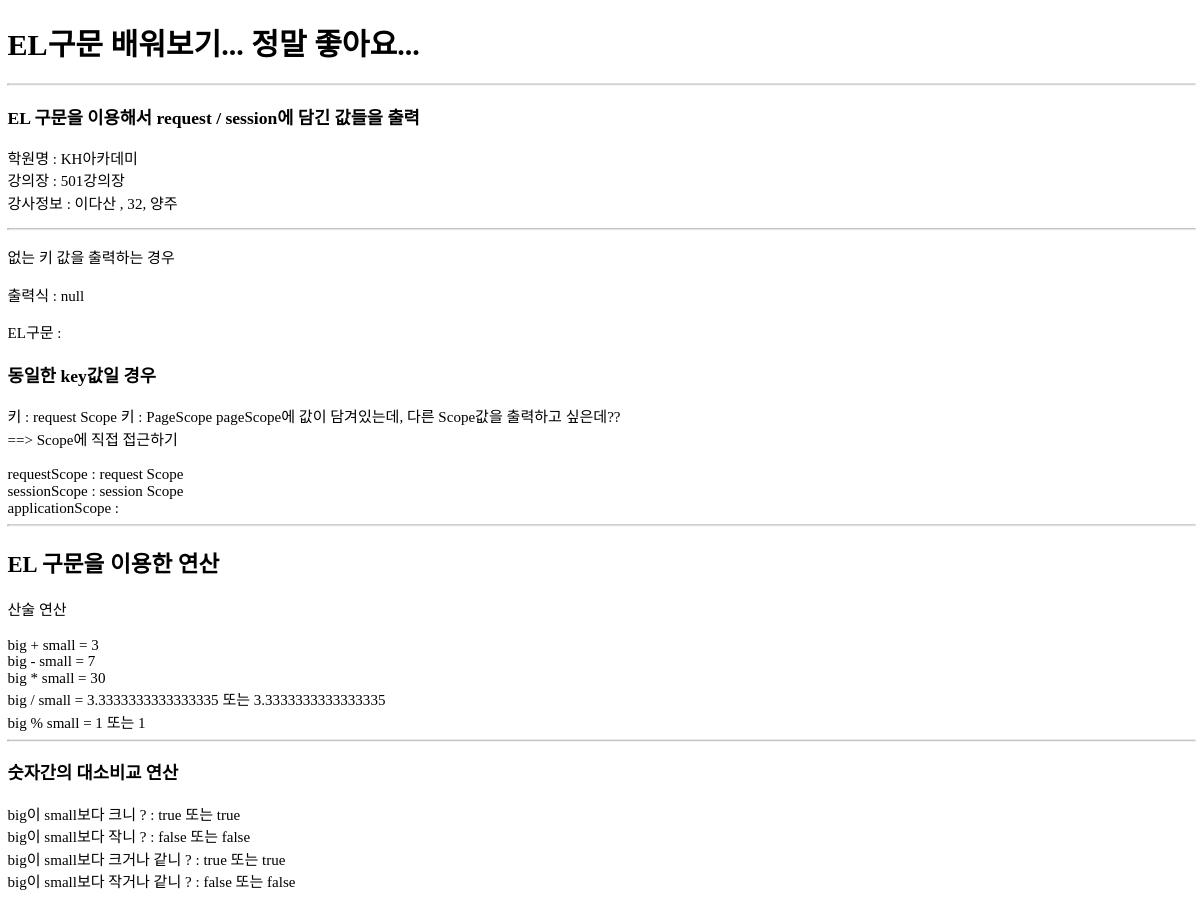
Repository: ham-zi/front-practice
Page: http://localhost/ActionProject/el.do
These files come from the project's save history. The page is drawn as it stood at one moment and after the next save; the edit follows.
The browser window is 1280 px wide. The pictures show the whole page, at 94% of full size.
The page is served by Tomcat 9. Other server files are loaded and not shown.

Above is the page before, as saved 2026-05-06 06:32:14.

### dynamic-workspace/ActionProject/src/main/webapp/WEB-INF/views/01_el.jsp
<%@ page language="java" contentType="text/html; charset=UTF-8"
    pageEncoding="UTF-8"%>
<%@ page import="com.kh.el.model.dto.Person" %>


<!DOCTYPE html>
<html>
<head>
<meta charset="UTF-8">
<title>초강력 JSP</title>
</head>
<body>
<!-- 외부에서 접근할 수 없게 WEB-INF에 넣는다. -->
	<h1> EL구문 배워보기... 정말 좋아요...</h1>

	<%--
	<%
		String classRoom = (String)request.getAttribute("classRoom");
		Person student = (Person)request.getAttribute("student");

		String academy = (String)session.getAttribute("academy");
		Person lecture = (Person)session.getAttribute("lecture");


	%>
		JSP 주석이 따로 있다.

		<!--는 단순히 문자열일뿐 주석이 아니다.


	<p>
		학원명 : <%= academy %> <br>
		강의장 : <%= academy %> <br>
		강사정보 : <%= lecture.getName() %>, <%= lecture.getAge() %>, <%= lecture.getAddress() %> <br><br>

		수강생의 정보
		<!--통신은 흐름을 생각해야함,
			클라이언트의 요청을 하면서 흐름이 시작됨


		 -->
		<ul>
			<li> 이름 : <%=student.getName() %></li>
			<li> 나이 : <%=student.getAge() %></li>
			<li> 주소 : <%=student.getAddress() %></li>
		</ul>
	</p>

	자바와 자바스크립트는 연관이 전혀없다.


	 --%>

	 <hr>

	 <h3> EL 구문을 이용해서 request / session에 담긴 값들을 출력</h3>

	 <p>
	 	학원명 : ${ academy } <br>
	 	강의장 : ${ classRoom } <br>
	 	강사정보 : ${ lecture.name } , ${lecture.age}, ${ lecture.address } <br>
	 		<!-- getName()을 호출하는거구나. -->

	 	<!--
	 		실제로 필드에 직접 접근하는 것은 불가능하다.
	 		.name => getName()를 호출

	 		내부적으로 getter 메소드를 찾아서 호출해서 값을 출력하는 구조

	 	 -->

	 </p>


	<hr>

	 <p>없는 키 값을 출력하는 경우</p>

	<p> 출력식 : <%= request.getAttribute("classRom") %></p>
	<p> EL구문 : ${classRom } <!-- 오타가 빈문자열로 나옴, 꼼꼼하게 확인할것  -->


	<h3>동일한 key값일 경우</h3>

	키 : ${ key }

	<%
		//page Scope 에 추가
		pageContext.setAttribute("key", "PageScope");
	%>
	키 : ${ key }

	<!--
		EL구문은 가장 작은 범위의 scope부터 키값을 찾음
		page => request => session => applicaiton순으로 키 값을 검색

		모든 영역을 다 찾았는데 키 값을 찾지 못했으면 => "", 아무일도 일어나지 않음 => 오류가 안남


		요새 컴퓨팅자원이 좋아서 requestScope.key <- 명시를안하긴하는데 key
		스코프를 적어주는게 더 좋다.
	 -->
	 pageScope에 값이 담겨있는데, 다른 Scope값을 출력하고 싶은데??<br>

	 ==> Scope에 직접 접근하기 <br><br>

	 requestScope :  ${ requestScope.key }	<br>
	 sessionScope :	 ${ sessionScope.key }	<br>
	 applicationScope : ${ applicationScope.key } <br>

	 <hr>

	 <h2> EL 구문을 이용한 연산</h2>

	 <p></p>

	 	산술 연산 <br><br>

	 	big + small = ${ bit + small }<br>
	 	big - small = ${ big - small }<br>
	 	big * small = ${ big * small }<br>
	 	big / small = ${ big / small } 또는 ${ big div small }<br>
	 	big % small = ${ big % small } 또는 ${ big mod small }<br>
	 	<!-- 결과는 동일하지만 div/mod를 쓰는것을 권장한다... -->

	 <hr>

	 <h3> 숫자간의 대소비교 연산 </h3>

	 <p>
	 	big이 small보다 크니 ? : ${ big > small } 또는 ${ big gt small }<br>
	 	big이 small보다 작니 ? : ${ big < small } 또는 ${ big lt small }<br>
	 	big이 small보다 크거나 같니 ? : ${ big >= small } 또는 ${big ge small }<br>
	 	big이 small보다 작거나 같니 ? : ${ big <= small } 또는 ${big le small }<br>
	 	<!-- gt/lt/ge/le를 쓰는것을 권장한다... -->
	 </p>





</body>
</html>

### dynamic-workspace/ActionProject/src/main/java/com/kh/el/controller/ElServlet.java
package com.kh.el.controller;

import java.io.IOException;
import java.util.ArrayList;

import javax.servlet.ServletException;
import javax.servlet.annotation.WebServlet;
import javax.servlet.http.HttpServlet;
import javax.servlet.http.HttpServletRequest;
import javax.servlet.http.HttpServletResponse;
import javax.servlet.http.HttpSession;

import com.kh.el.model.dto.Person;


@WebServlet("/el.do")
public class ElServlet extends HttpServlet {
	private static final long serialVersionUID = 1L;


    public ElServlet() {
        super();
    }


	protected void doGet(HttpServletRequest request, HttpServletResponse response) throws ServletException, IOException {
		// 만약 서블릿에서 응답할 데이터가 존재한다면
		// JSP로 포워딩할 때 request.setAttribute("name값","Value값") -> foword
		// request -> Servlet내장 객체 / Scope객체라고 표현한다

		// application / ★session★ / ★request★ / page

		/* 큰 순서
		 * 1. application scope : ServletContext
		 * : 한 애플리케이션 당 '한 개' 존재하는 객체, 이 프로젝트 안에서 어디서든 사용할 수 있다
		 * 이 영역에 데이터를 담으면 애플리케이션 전역에서 사용 가능 ( 공유 범위가 매우 넓음 )
		 *
		 * 2. session scope : HttpSession
		 * : 하나의 브라우저 당 '한 개' 존재하는 객체,
		 * 이 영역에 데이터를 담으면 JSP / Servlet단에서 사용 가능
		 * 값이 한 번 담기면 서버를 멈추거나, 세션을 비우거나, 브라우저가 닫히기 전까지는 계속 사용 가능하다
		 *
		 * 3. request scope : HttpServletRequest
		 * 요청 및 응답 시 매 번 생성되는 객체
		 * 이 영역에 데이터를 담으면 해당 request를 포워딩 받는 응답 JSP에서만 사용이 가능(1회성)
		 *
		 *
		 * 4. page scope : PageContext
		 * JSP페이지에서만 사용가능
		 *
		 *=> 위 객체들에 속성을 추가할 때는 .setAttribute("name값", 벨류);
		 *						     .setAttribute("name값");
		 *							 .removeAttribute("name값");
		 *로그인 같은 경우 request가 아닌 session에 저장되어야 한다.
		 *
		 *로그인은 다양한 방법의 로그인이 있다.
		 *
		 *
		 *
		 *
		 */
		//DB에서 작업한 요청 처리 결과
		//DTO(VO) 한 개, List<DTO>, int(결과값), String


		//requestScope
		request.setAttribute("classRoom", "501강의장");
		request.setAttribute("student", new Person("홍길동",15,"한양"));


		//sessionScope
		HttpSession session = request.getSession();
		session.setAttribute("academy", "KH아카데미");
		session.setAttribute("lecture", new Person("이다산",32,"양주"));


		//동일한 key
		request.setAttribute("key", "request Scope");
		session.setAttribute("key", "session Scope");


		// 숫자
		request.setAttribute("small", 3);
		request.setAttribute("big", 10);


		//문자열
		request.setAttribute("strOne", "안녕");
		request.setAttribute("strTwo", new String("안녕"));

		//객체
		request.setAttribute("obj", new Person("콩쥐",20,"콩쥐네"));

		//리스트
		request.setAttribute("list", new ArrayList());




		//응답 뷰 배정-> 포워딩
		request.getRequestDispatcher("/WEB-INF/views/01_el.jsp").forward(request, response);

	}


	protected void doPost(HttpServletRequest request, HttpServletResponse response) throws ServletException, IOException {
		doGet(request, response);
	}

}

### dynamic-workspace/ActionProject/src/main/java/com/kh/el/model/dto/Person.java
package com.kh.el.model.dto;

public class Person {
	private String name;
	private int age;
	private String address;
	public Person() {
		super();
	}
	public Person(String name, int age, String address) {
		super();
		this.name = name;
		this.age = age;
		this.address = address;
	}
	public String getName() {
		return name;
	}
	public void setName(String name) {
		this.name = name;
	}
	public int getAge() {
		return age;
	}
	public void setAge(int age) {
		this.age = age;
	}
	public String getAddress() {
		return address;
	}
	public void setAddress(String address) {
		this.address = address;
	}
	@Override
	public String toString() {
		return "Person [name=" + name + ", age=" + age + ", address=" + address + "]";
	}



}

After the next save:
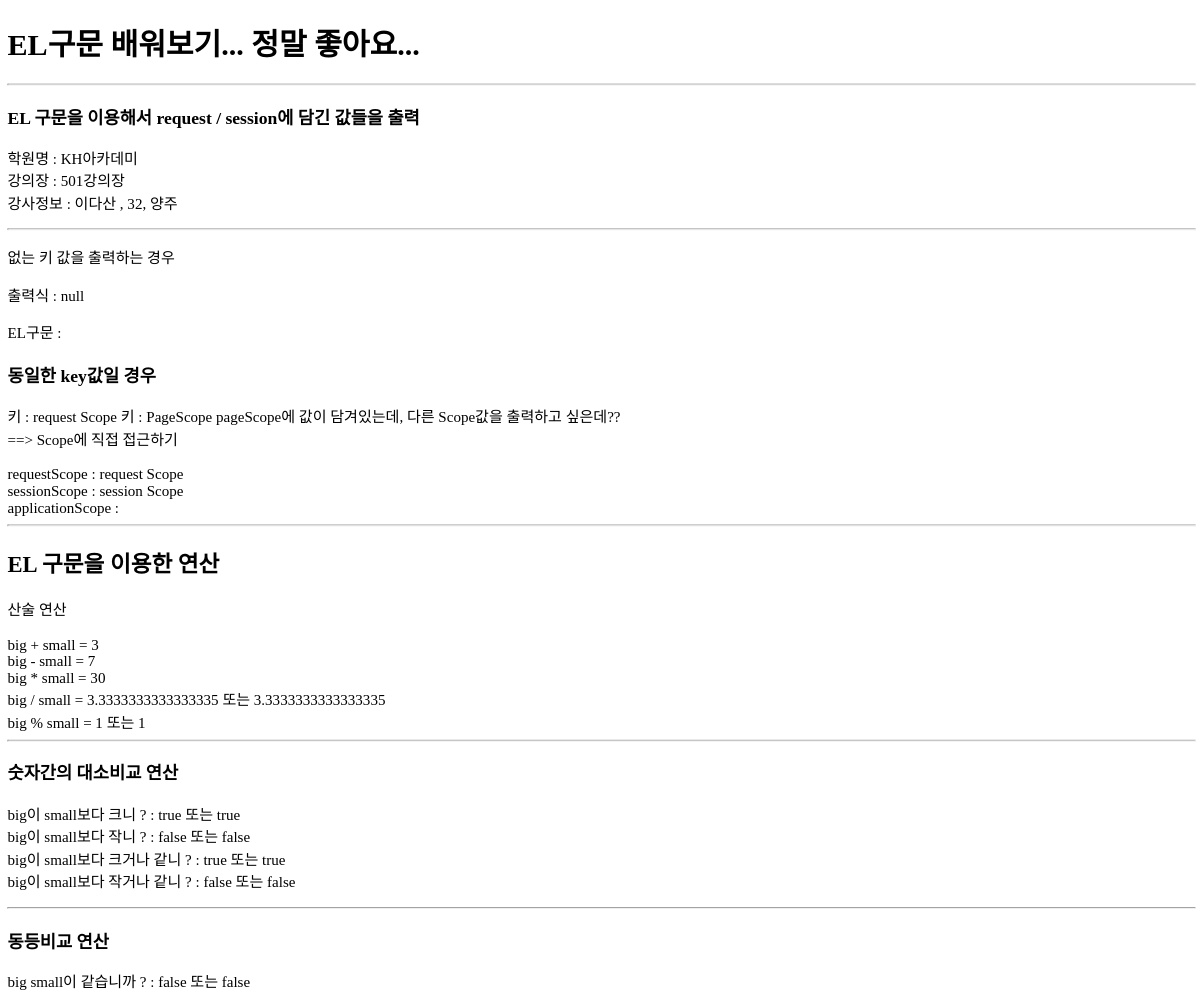
Saved 2 min 23 s later.
--- a/dynamic-workspace/ActionProject/src/main/webapp/WEB-INF/views/01_el.jsp
+++ b/dynamic-workspace/ActionProject/src/main/webapp/WEB-INF/views/01_el.jsp
@@ -135,8 +135,13 @@
 	 	<!-- gt/lt/ge/le를 쓰는것을 권장한다... -->
 	 </p>
 
+	 <hr>
+	 <h3> 동등비교 연산</h3>
 
-
+	 <p>
+	 	big small이 같습니까 ? : ${ big == small } 또는 ${ big eq small }
+	 	<!-- eq을 쓰는것을 권장한다. -->
+	 </p>
 
 
 </body>
